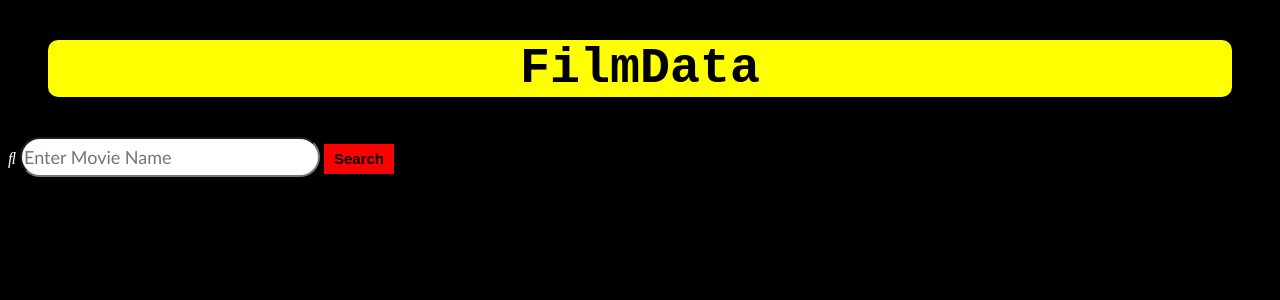
Repository: priyankajainmodi/film_data
Page: index.html
The author's editor kept a copy of each file at every save. The page is drawn from the files as they stood at one save, then again after the next save.
The browser window is 1280 px wide. The pictures show the whole page.

Above is the page before, as saved 2021-11-17 23:16:53.

### index.html
<html>

<head>
    <title>FilmData</title>

    <link rel="icon" href="favicon/favicon.ico" type="image/x-icon">
    <link rel="stylesheet" href="https://cdnjs.cloudflare.com/ajax/libs/font-awesome/4.7.0/css/font-awesome.min.css">

    <meta name="viewport" content="width=device-width, initial-scale=1.0">
    <style>
        #leftbox {
            float: left;
            margin-top: 20;
            width: 30%;
            height: 455px;
            margin-bottom: 30;
        }

        #rightbox {
            float: right;
            margin-top: 20;
            width: 70%;
            height: 455px;
            margin-bottom: 30;
        }

        .button {
            background-color: red;
            border: none;
            color: black;
            text-align: center;
            font-size: 15px;
            opacity: 1;
            transition: 0.3s;
            display: inline-block;
            text-decoration: none;
            cursor: pointer;
            height: 30px;
            width: 70px;
        }

        .button:hover {
            opacity: 0.6
        }
    </style>

</head>

<body bgcolor="#000000">
    <h1 id="heading" style="color:#000;margin-bottom:50;border-radius:10px; text-align:center;font-family:monospace;background-color:yellow;font-size:50px;margin:40px;">FilmData</h1>

    <div id="enter">


        <i class="fas fa-search" style="color:white;"></i>
        <input class="input" style=" border-radius:20px;height:40;width:300;font-size:18;font-family:calibri;" type="text" placeholder="Enter Movie Name"></input>
        <button class="button"><b>Search</b></button>

    </div>

    <div id="content">
        <div>
            <div id="leftbox">
            </div>
            <div id="rightbox"></div>
        </div>
        <br>
        <br>
        <table id="tb">

        </table>
    </div>
    <script src="https://cdn.jsdelivr.net/npm/axios/dist/axios.min.js"></script>
    <script src="film_data.js"></script>
</body>

</html>

### film_data.js
function reset() {
    while (document.querySelector('iframe') != null) {
        document.querySelector('iframe').remove();
    }
    while (document.querySelector('img') != null) {
        document.querySelector('img').remove();
    }

    let tble = document.querySelector('#tb');
    tble.innerHTML = "";
    while (document.querySelector('h2') != null) {
        document.querySelector('h2').remove();
    }

}
let inp = document.querySelector('input');
let but = document.querySelector('button')
    // let tble = document.querySelector('#tb');
    // let row1 = tble.insertRow(0);
    // let cell11 = row1.insertCell(0);
    // let cell12 = row1.insertCell(1);
    // let row2 = tble.insertRow(1);
    // let cell21 = row2.insertCell(0);
    // let cell22 = row2.insertCell(1);
    // let row3 = tble.insertRow(2);
    // let cell31 = row3.insertCell(0);
    // let cell32 = row3.insertCell(1);
    // let row4 = tble.insertRow(3);
    // let cell41 = row4.insertCell(0);
    // let cell42 = row4.insertCell(1);
    // let row5 = tble.insertRow(4);
    // let cell51 = row5.insertCell(0);
    // let cell52 = row5.insertCell(1);
    // let row6 = tble.insertRow(5);
    // let cell61 = row6.insertCell(0);
    // let cell62 = row6.insertCell(1);
    // let video = document.createElement('iframe');
    // video.height = 400;
    // video.width = 900;
    // let img = document.createElement('img');
    // let divi1 = document.querySelector('#leftbox');
    // divi1.appendChild(img);


but.onclick = () => {
    fetch(`https://www.omdbapi.com/?t=${inp.value}&apikey=a5b97ecf`)
        .then((res) => { return res.json(); })
        .then((data) => {

            if (data.Response == 'False') {
                reset();
                let p = document.createElement('h2');
                p.append(data.Error);
                p.style.color = 'white';
                document.querySelector('#leftbox').appendChild(p);

            } else {
                reset();
                let tble = document.querySelector('#tb');
                let row1 = tble.insertRow(0);
                let cell11 = row1.insertCell(0);
                let cell12 = row1.insertCell(1);
                let row2 = tble.insertRow(1);
                let cell21 = row2.insertCell(0);
                let cell22 = row2.insertCell(1);
                let row3 = tble.insertRow(2);
                let cell31 = row3.insertCell(0);
                let cell32 = row3.insertCell(1);
                let row4 = tble.insertRow(3);
                let cell41 = row4.insertCell(0);
                let cell42 = row4.insertCell(1);
                let row5 = tble.insertRow(4);
                let cell51 = row5.insertCell(0);
                let cell52 = row5.insertCell(1);
                let row6 = tble.insertRow(5);
                let cell61 = row6.insertCell(0);
                let cell62 = row6.insertCell(1);
                let video = document.createElement('iframe');
                video.height = 400;
                video.width = 900;
                let img = document.createElement('img');
                let divi1 = document.querySelector('#leftbox');
                divi1.appendChild(img);

                fetch(`https://imdb-api.com/en/API/SearchMovie/k_3pxoshah/${inp.value}`)
                    .then(res => { return res.json(); })
                    .then((data) => { return data.results[0].id })
                    .then((title) => {

                        fetch(`https://imdb-api.com/en/API/YouTubeTrailer/k_3pxoshah/${title}`)
                            .then((res) => { console.log(res); return res.json() })
                            .then((data) => {
                                console.log(data);
                                if (data.videoUrl == "") {
                                    let box = document.querySelector("#rightbox");
                                    let h = document.createElement('h2');
                                    h.textContent = "Trailer not available >_<"
                                    h.style.color = 'white';
                                    box.appendChild(h);
                                } else {
                                    let url = `${data.videoUrl.replace('watch?v=', 'embed/')}`;
                                    video.src = `${url}`;
                                    let divi = document.querySelector("#rightbox");
                                    divi.appendChild(video);
                                }



                            })

                    })
                    .catch((err) => { console.log(err); })


                img.src = data.Poster;
                img.style.display = 'block';
                img.alt = "image couldn't load -_-";
                img.style.color = 'white';

                //row for actor details

                row1.style.fontSize = 20;

                cell11.innerHTML = 'Actors';
                cell12.innerHTML = `${data.Actors}`;
                cell11.style.color = 'yellow';
                cell12.style.color = 'white';
                cell11.style.paddingRight = 50;
                cell12.style.width = 700;

                //row for director detail

                row2.style.fontSize = 20;

                cell21.innerHTML = 'Director';
                cell22.innerHTML = `${data.Director}`;
                cell21.style.color = 'yellow';
                cell22.style.color = 'white';
                cell21.style.paddingRight = 50;
                cell22.style.width = 700;

                //row for genre detail

                row3.style.fontSize = 20;

                cell31.innerHTML = 'Genre';
                cell32.innerHTML = `${data.Genre}`;
                cell31.style.color = 'yellow';
                cell32.style.color = 'white';
                cell31.style.paddingRight = 50;
                cell32.style.width = 700;

                //row for plot

                row4.style.fontSize = 20;

                cell41.innerHTML = 'Plot';
                cell42.innerHTML = `${data.Plot}`;
                cell41.style.color = 'yellow';
                cell42.style.color = 'white';
                cell41.style.paddingRight = 50;
                cell42.style.width = 700;

                //row for movie time


                row5.style.fontSize = 20;

                cell51.innerHTML = 'Duration';
                let time = parseInt(data.Runtime);
                cell52.innerHTML = `${Math.floor(time/60)} hr ${time%60} min`;
                cell51.style.color = 'yellow';
                cell52.style.color = 'white';
                cell51.style.paddingRight = 50;
                cell52.style.width = 700;

                //imdb rating


                row6.style.fontSize = 20;

                cell61.innerHTML = 'imdbRating';

                cell62.innerHTML = `${data.imdbRating}/10`;
                cell61.style.color = 'yellow';
                cell62.style.color = 'white';
                cell61.style.paddingRight = 50;
                cell62.style.width = 700;




            }


        })
}

After the next save:
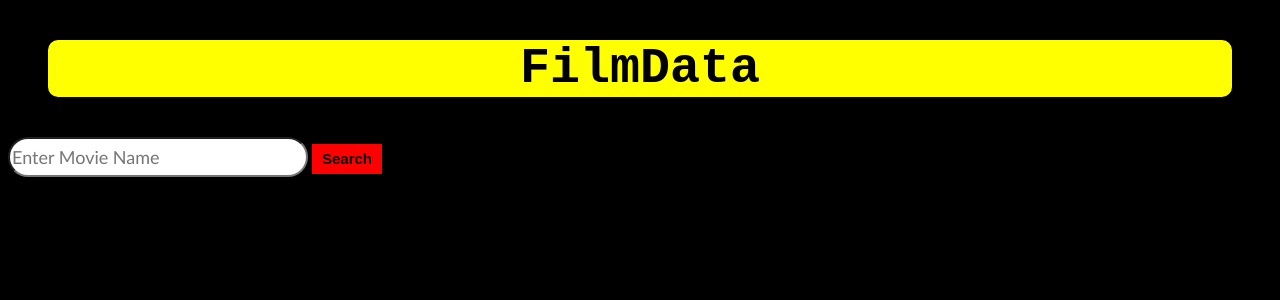
Saved 5 min 57 s later.
--- a/index.html
+++ b/index.html
@@ -52,7 +52,7 @@
     <div id="enter">
 
 
-        <i class="fas fa-search" style="color:white;"></i>
+
         <input class="input" style=" border-radius:20px;height:40;width:300;font-size:18;font-family:calibri;" type="text" placeholder="Enter Movie Name"></input>
         <button class="button"><b>Search</b></button>
 
